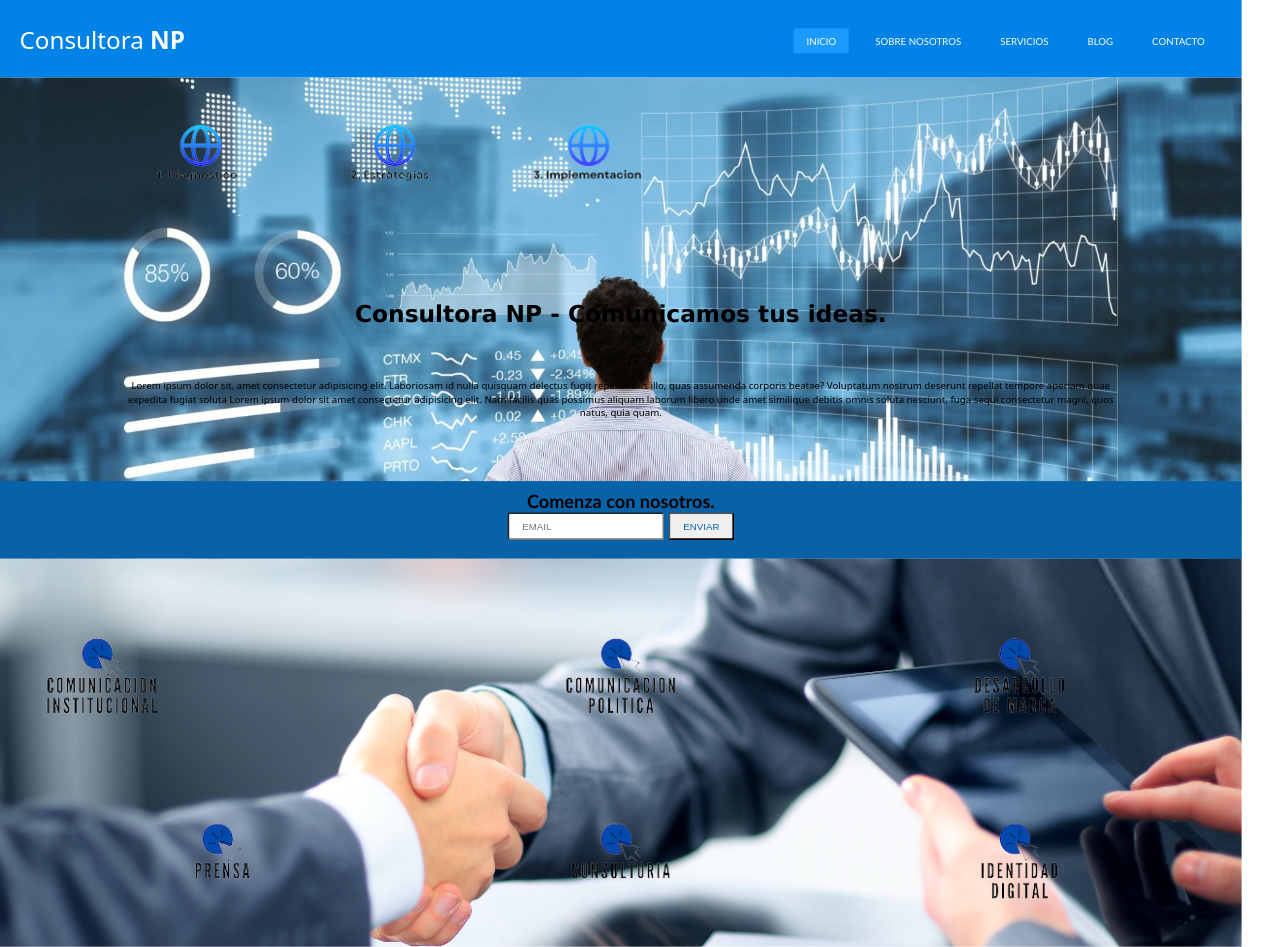
Repository: Batu120/pre-entrega2
Page: index.html
These files come from the project's save history. The page is drawn as it stood at one moment and after the next save; the edit follows.
The browser window is 1280 px wide. The page is 1280 px wide, then 1310 px, so the pictures cover 1310 px, including what lies to the right of the window. The pictures show the whole page, at 97% of full size.

Above is the page before, as saved 2022-11-02 13:49:32.

### index.html
<!DOCTYPE html>
<html lang="en" dir="ltr">
<head>
    <meta charset="UTF-8">
    <meta http-equiv="X-UA-Compatible" content="IE=edge">
    <meta name="viewport" content="width=device-width, initial-scale=1.0">
    <title>2da Pre Entrega</title>
    <link rel="stylesheet" href="https://cdnjs.cloudflare.com/ajax/libs/font-awesome/4.7.0/css/font-awesome.min.css">
    <!-- CSS -->
    <link rel="stylesheet" href="CSS/style.css">

</head>
<body>
    <nav>
        <input type="checkbox" id="check">
        <label for="check" class="checkbtn">
            <i style="font-size:24px" class="fa">&#xf0c9;</i>
        </label>
        <label class="logo">Consultora <label class="logo1">NP</label></label>
            <!-- Lista no ordenada -->
            <ul>
                <!-- Items / Menu -->
                <li><a class="active" href="index.html">Inicio</a></li>
                <li><a href="HTML/SobreNosotros.html">Sobre Nosotros</a></li>
                <li><a href="HTML/Servicios.html">Servicios</a></li>
                <li><a href="HTML/Blog.html">Blog</a></li>
                <li><a href="HTML/Contacto.html">Contacto</a></li>
            </ul>
    </nav>

    <section>
        <div class="grid-container">
            <img src="/IMG/1.Diagnostico.png" alt="diagnostico">
            <img src="/IMG/2.Estrategia.png" alt="estrategia">
            <img src="/IMG/3.Implementacion.png" alt="implementacion">
        </div>
        <div class="container-div">
            <!-- titulo h1 -->
            <h1>Consultora NP - Comunicamos tus ideas.</h1>
            <br>
            <!-- Parrafo -->
            <p>Lorem ipsum dolor sit, amet consectetur adipisicing elit. Laboriosam id nulla quisquam delectus fugit repellendus illo, quas assumenda corporis beatae? Voluptatum nostrum deserunt repellat tempore aperiam quae expedita fugiat soluta Lorem ipsum dolor sit amet consectetur adipisicing elit. Nam facilis quas possimus aliquam laborum libero unde amet similique debitis omnis soluta nesciunt, fuga sequi consectetur magni, quos natus, quia quam.</p>
            <br><br>
        </div>

        <div class="container-form">
            <h3>Comenza con nosotros.</h3>
            <form class= "form-news" action="#" method="post" enctype>
                <input type="text" name="email" placeholder="Email">
                <input type="button" type="submit" value="enviar">
            </form>
        </div>
    </section>
    <section class="wallpaper">
        <div class="grid-container2">
            <div class="Com-1"><a href=""><img src="IMG/1com-inst.png" alt="pic1"></a></div>
            <div class="Com-2"><a href=""><img src="IMG/2com-polit.png" alt="pic2"></a></div>
            <div class="Com-3"><a href=""><img src="IMG/3des-marca.png" alt="pic3"></a></div>
            <div class="Com-4"><a href=""><img src="IMG/4prensa.png" alt="pic4"></a></div>
            <div class="Com-5"><a href=""><img src="IMG/5cons.png" alt="pic5"></a></div>
            <div class="Com-6"><a href=""><img src="IMG/3iden-dig.png" alt="pic6"></a></div>
        </div>
    </section>


</body>
</html>

### CSS/style.css
body {
    /* background: url(/IMG/background_body.jpeg);
    background-repeat: no-repeat;
    background-size: cover;
    background-position-x: center;
    background-position-y: center;
    background-position: center;
    height: auto;
    width: auto; */
    font-family:'Gill Sans', 'Gill Sans MT', Calibri, 'Trebuchet MS', sans-serif;
}
section{
    background: url(/IMG/background_body.jpeg);
    background-repeat: no-repeat;
    background-size: cover;
    background-position-x: center;
    background-position-y: center;
    background-position: center;
    height: auto;
    width: auto;
}

/* NAV BAR - LINKS- RESPONSIVE */
* {
    padding: 0;
    margin: 0;
    text-decoration: none;
    list-style: none;
    box-sizing: border-box;
}
nav {
    background: #0082e6;
    height: 80px;
    width: 100%;
}
/*  */
.logo{
    color: white;
    font-size: 25px;
    line-height: 80px;
    padding: 20px;
    font-weight:lighter;
    font-family:system-ui, -apple-system, BlinkMacSystemFont, 'Segoe UI', Roboto, Oxygen, Ubuntu, Cantarell, 'Open Sans', 'Helvetica Neue', sans-serif;
}
.logo1{
    color: white;
    font-weight: bold;
}
nav ul{
    float: right;
    margin-right: 20px;
    padding-top: 0%;
}
nav ul li{
    display: inline-block;
    line-height: 80px;
    margin: 0 5px;
}
nav ul li a{
    color: white;
    font-size: 10px;
    padding: 7px 13px;
    border-radius: 3px;
    text-transform: uppercase;

}
a.active,a:hover{
    background: #1b9bff;
    transition: .5s;
}
.checkbtn{
    font-size: 30px;
    color: white;
    float: right;
    line-height: 80px;
    margin-right: 30px;
    cursor: pointer;
    display: none;
}
#check{
    display: none;
}
/* PREUBA RESPONSIVE TEST */
@media (max-width: 853px){
    label.logo {
        font-size: 25px;
        padding-left: 50px;
    }
    nav ul li a{
        font-size: 18px;
    }
}
@media (max-width: 853px){
    .checkbtn{
        display: block;
    }
    ul{
        position: fixed;
        width: 100%;
        height: 100vh;
        background: #2c3e50;
        top: 80px;
        left: -100%;
        text-align: center;
        transition: all .5s;
    }
    nav ul li{
        display: block;
        margin: 50px 0;
        line-height: 30px;
    }
    nav ul li a {
        font-size: 20px;
    }
        a:hover,a.active{
        background:none;
        color: #0082e6;
        }
        #check:checked ~ ul{
        left: 0;
        }
    }

    /* IMG PICTURES page front */
    .grid-container {
        display: grid;
        grid-template-columns: auto auto auto;
        justify-content: center;
    }
    .container-div{
        display: flex;
        flex-direction: column;
        text-align: center;
        margin-top: 20px;
        font-family: system-ui, -apple-system, BlinkMacSystemFont, 'Segoe UI', Roboto, Oxygen, Ubuntu, Cantarell, 'Open Sans', 'Helvetica Neue', sans-serif;
    }
    /* TITLE TEXT */
    h1{
        font-weight: bolder;
        font-family: Verdana, Geneva, Tahoma, sans-serif;
        display: inline-block;
        padding: 10px;
    }
    /* TEXT */
    p{
        margin: 20px;
        padding-left: 100px;
        padding-right: 100px;
        font-size: 10px;

    }
    /* NEWS FORM */
    .container-form{
        text-align: center;
        font-size: medium;
        background: #0862a7;
        height: 80px;
        width: 100%;
        padding: 10px;
    }
    input{
        color: #0862a7;
        font-size: 10px;
        padding: 7px 13px;
        border-radius: 3px;
        text-transform: uppercase;
    }
    .wallpaper {
        background-image: url(/IMG/consultoria_img.jpeg);
        background-repeat: no-repeat;
        background-size: cover;
        background-position: center;
        background-position-x: center;
        background-position-y: center;
        height: 400px;
    }
    .grid-container2 {
        display: grid;
        grid-template-columns: 1fr 1fr 1fr;
        grid-template-rows: 1fr 1fr;
        justify-content: center;
        gap: 12px 12px;
        padding-top: 30px;
        margin-left: 30px;
        margin-right: 30px;
        height: 400px;
        grid-template-areas:
            "Com-1 Com-2 Com-3"
            "Com-4 Com-5 Com-6";
    }
    .Com-1 {
        justify-self: center;
        align-self: center;
        grid-area: Com-1;
        width: 100%;
    }
    .Com-2 {
        justify-self: center;
        align-self: center;
        grid-area: Com-2;
    }
    .Com-3 {
        justify-self: center;
        align-self: center;
        grid-area: Com-3;
    }
    .Com-4 {
        justify-self: center;
        align-self: center;
        grid-area: Com-4;
    }
    .Com-5 {
        justify-self: center;
        align-self: center;
        grid-area: Com-5;
    }
    .Com-6 {
        justify-self: center;
        align-self: center;
        grid-area: Com-6;
    }

After the next save:
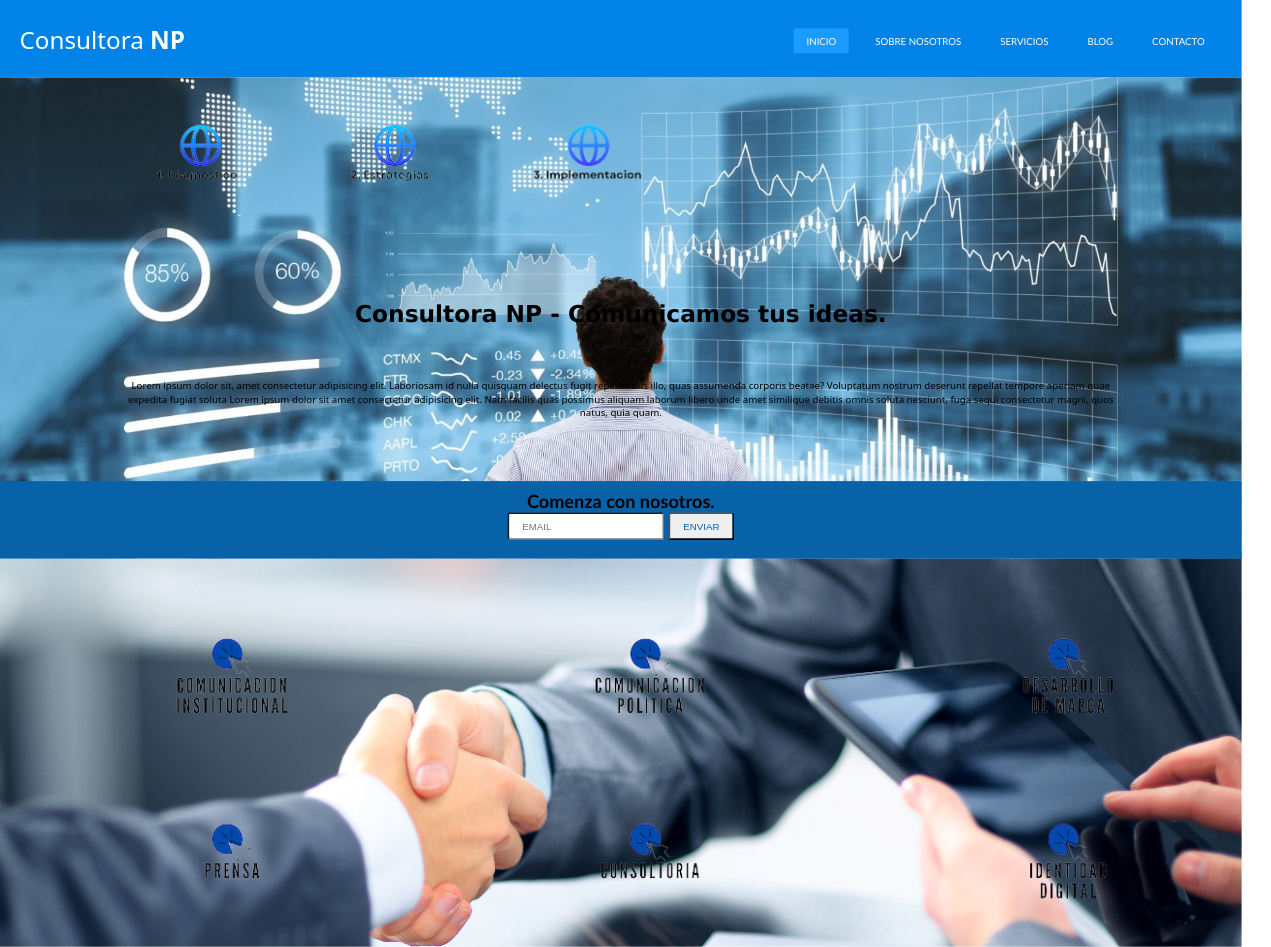
Saved 61 s later.
--- a/CSS/style.css
+++ b/CSS/style.css
@@ -184,6 +184,7 @@ a.active,a:hover{
         margin-left: 30px;
         margin-right: 30px;
         height: 400px;
+        width: 100%;
         grid-template-areas:
             "Com-1 Com-2 Com-3"
             "Com-4 Com-5 Com-6";
@@ -192,7 +193,6 @@ a.active,a:hover{
         justify-self: center;
         align-self: center;
         grid-area: Com-1;
-        width: 100%;
     }
     .Com-2 {
         justify-self: center;
